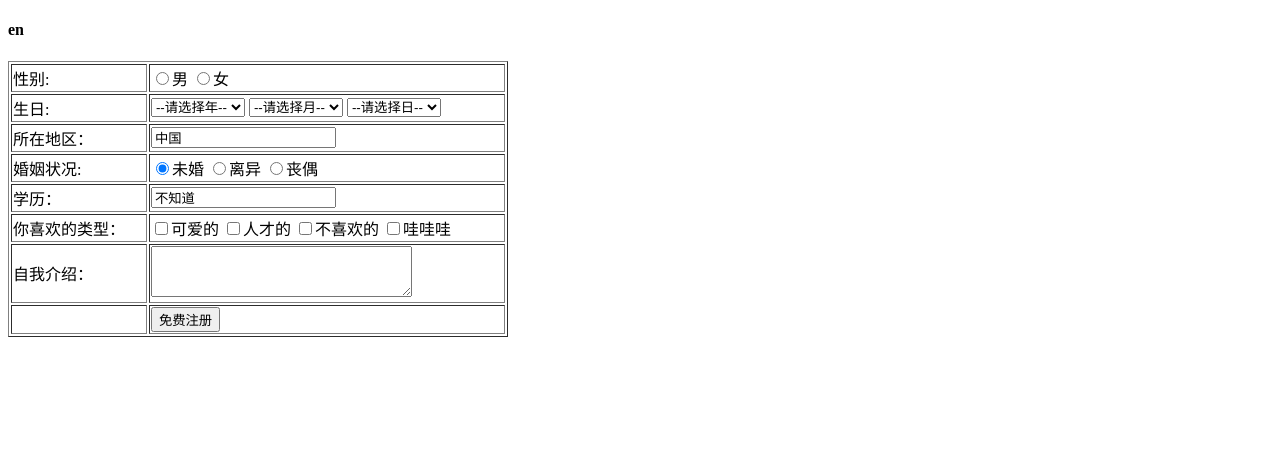
Repository: Qwenicq/My_project
Page: html/HTML_learning/exampl.html
An editor plug-in stored every save of this project. The page is shown before and after the next save, followed by the edit.
The browser window is 1280 px wide. The pictures show the whole page.

Above is the page before, as saved 2023-03-29 22:00:45.

After the next save:
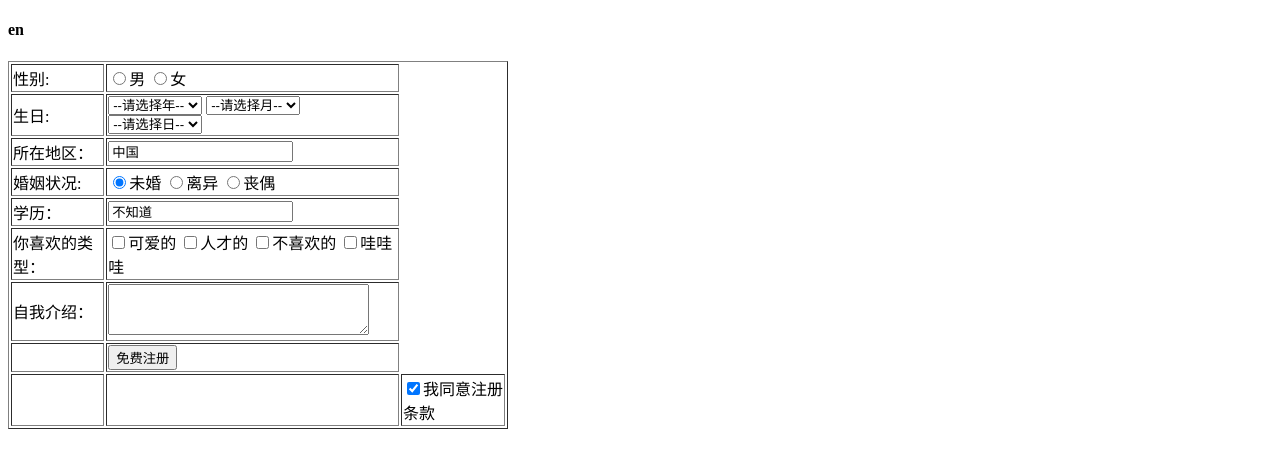
Saved 2 min 34 s later.
--- a/html/HTML_learning/exampl.html
+++ b/html/HTML_learning/exampl.html
@@ -83,9 +83,14 @@
         </tr>
         <tr>
             <td></td>
-            <td><input type="button" value="免费注册"></td>
+            <td><input type="submit" value="免费注册"></td>
         </tr>
-
+        <tr>
+            <td>
+              <td></td>
+              <td><input type="checkbox" checked="checked" value="">我同意注册条款</td>
+            </td>
+        </tr>
     </table>
 </body>
 </html>
